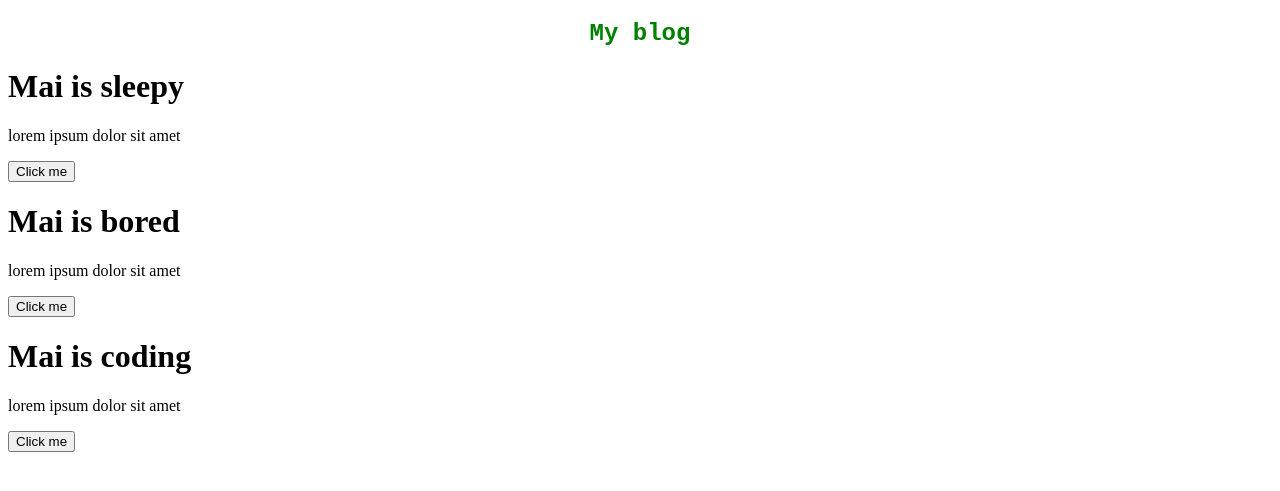
Repository: MaiCrespo/BlogEntry
Page: /
An editor plug-in stored every save of this project. The page is shown before and after the next save, followed by the edit.
The browser window is 1280 px wide. The pictures show the whole page.
The project was rebuilt for these pictures with package versions that can differ from the ones it lists, and the page was loaded fresh each time. Also part of the build but not shown: vite.config.js.

Above is the page before, as saved 2025-09-10 13:58:45.

### index.html
<!DOCTYPE html>
<html lang="en">
  <head>
    <meta charset="UTF-8" />
    <link rel="icon" type="image/png+xml" href="/FaviconWilbur.png" />
    <meta name="viewport" content="width=device-width, initial-scale=1.0" />
    <title>Mai yahoo</title>
  </head>
  <body>
    <div id="root"></div>
    <script type="module" src="/src/main.jsx"></script>
  </body>
</html>

### src/index.css
h2 {
  color: green;
  text-align: center;
  font-family: "Courier New", Courier, monospace;
}

### src/App.jsx
import BlogEntry from "./BlogEntry.jsx";
function App() {
  return (
    <div>
      <h2>My blog</h2>
      <BlogEntry title="Mai is sleepy" summary="lorem ipsum dolor sit amet" />
      <BlogEntry title="Mai is bored" summary="lorem ipsum dolor sit amet" />
      <BlogEntry title="Mai is coding" summary="lorem ipsum dolor sit amet" />
    </div>
  );
}

export default App;

### src/BlogEntry.jsx
function BlogEntry(props) {
  const buttonLabel = "Click me";
  return (
    <div>
      <h1>{props.title}</h1>
      <p>{props.summary}</p>
      <button>{buttonLabel}</button>
    </div>
  );
}
export default BlogEntry;

Loaded but not shown: src/main.jsx (common file)

After the next save:
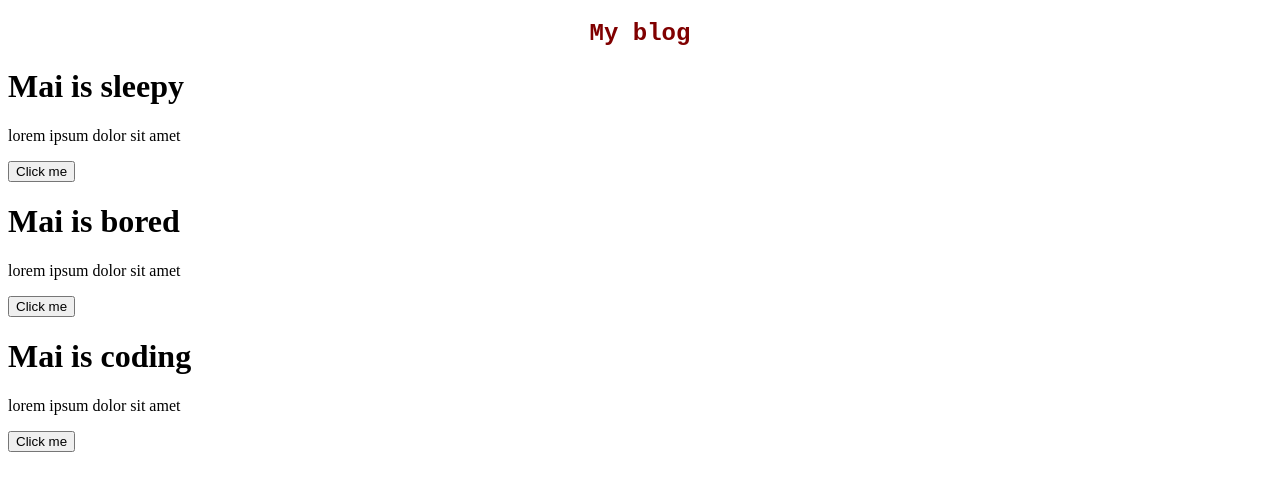
Saved 80 s later.
--- a/src/index.css
+++ b/src/index.css
@@ -1,5 +1,5 @@
 h2 {
-  color: green;
+  color: maroon;
   text-align: center;
   font-family: "Courier New", Courier, monospace;
 }
